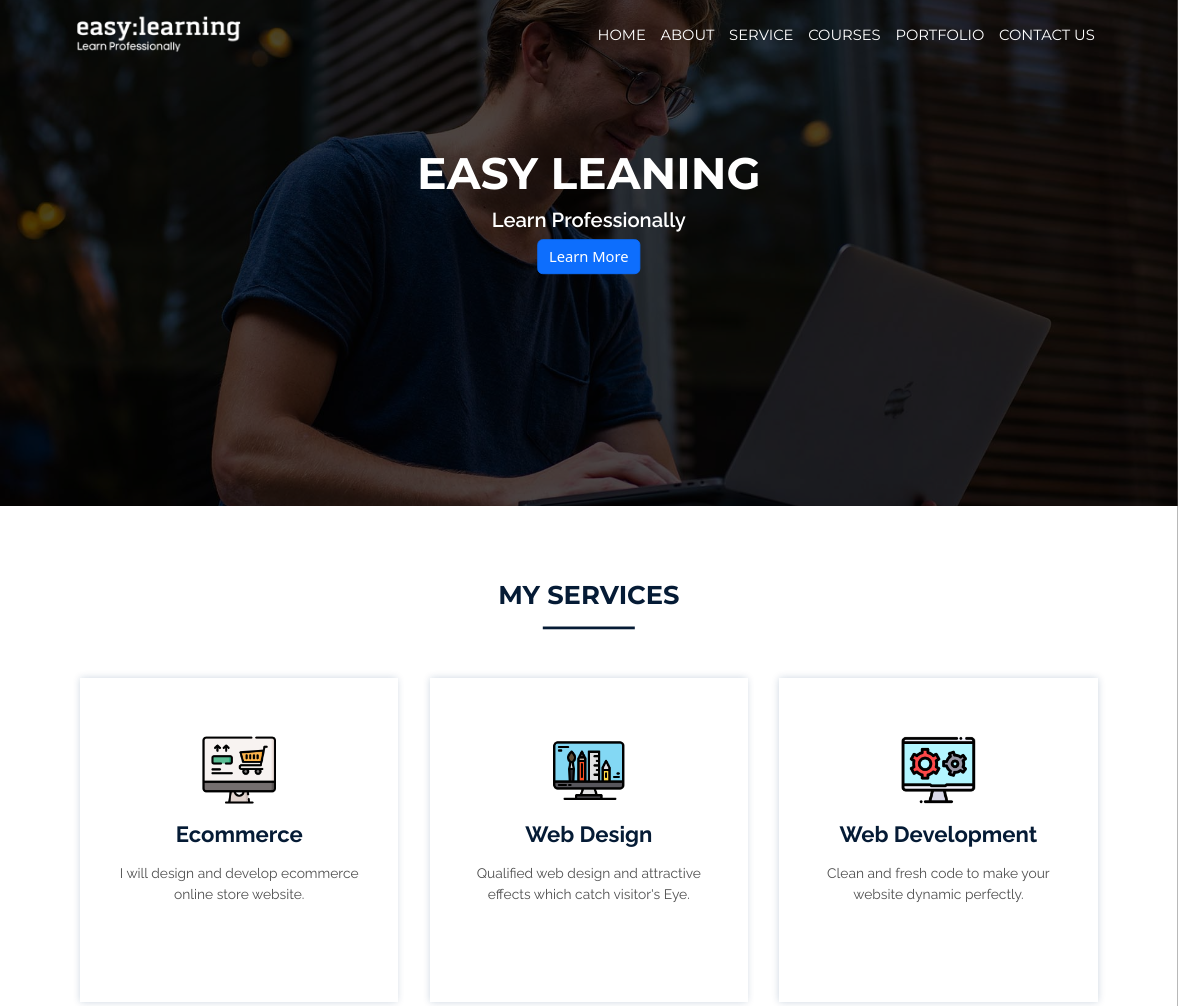
Repository: masamichan/free_video_app
Page: /
The author's editor kept a copy of each file at every save. The page is drawn from the files as they stood at one save, then again after the next save.
The browser window is 1280 px wide. The pictures show the whole page, at 92% of full size.
Backgrounds fixed to the window are drawn as part of the page. The project was rebuilt for these pictures with package versions that can differ from the ones it lists, and the page was loaded fresh each time.

Above is the page before, as saved 2023-01-24 13:26:10.

After the next save:
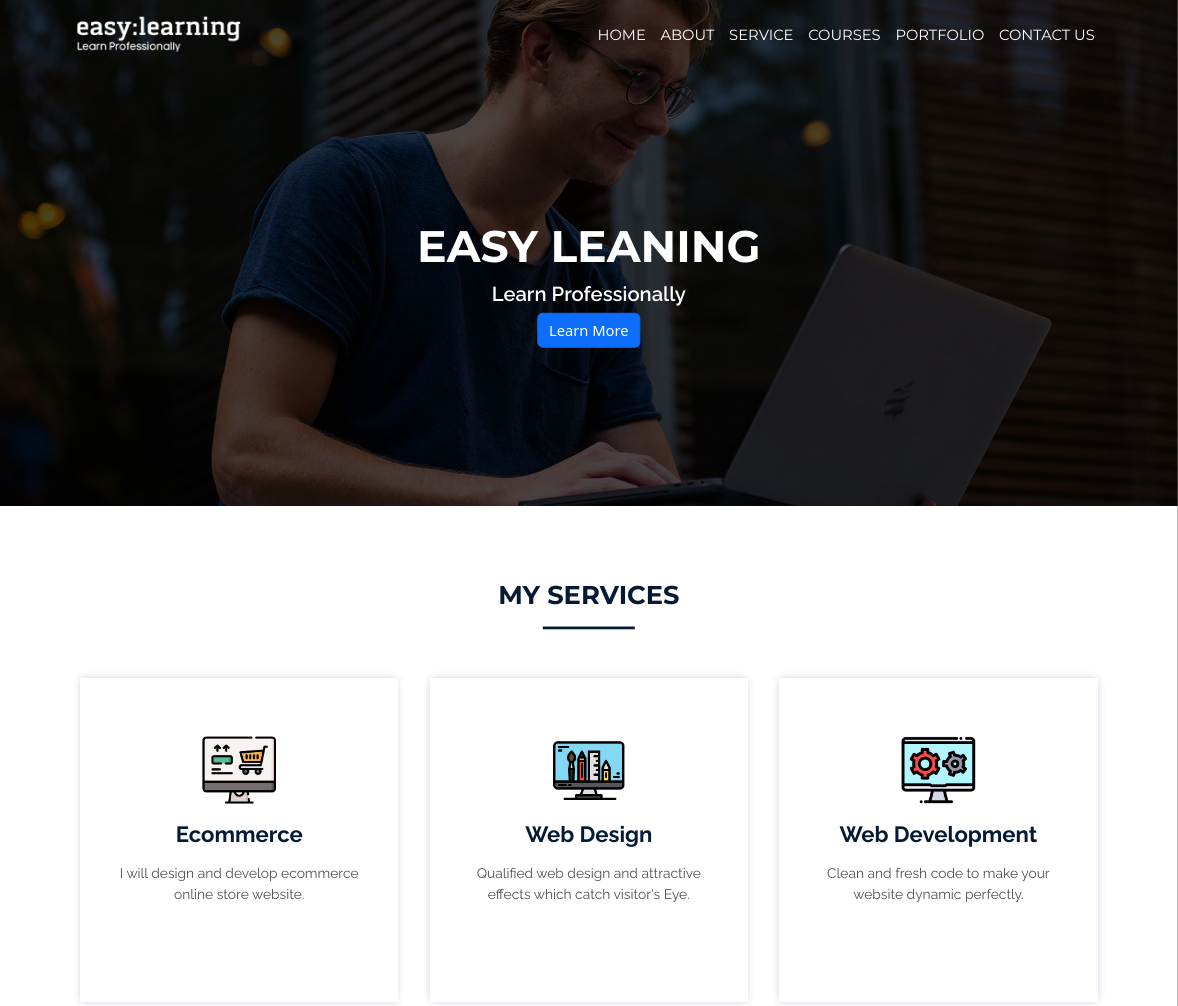
Saved 114 s later.
--- a/src/asset/css/custom.css
+++ b/src/asset/css/custom.css
@@ -14,7 +14,7 @@
 }
 
 .topContent {
-  margin-top: 10em;
+  margin-top: 15em;
 }
 
 .topTitle {
